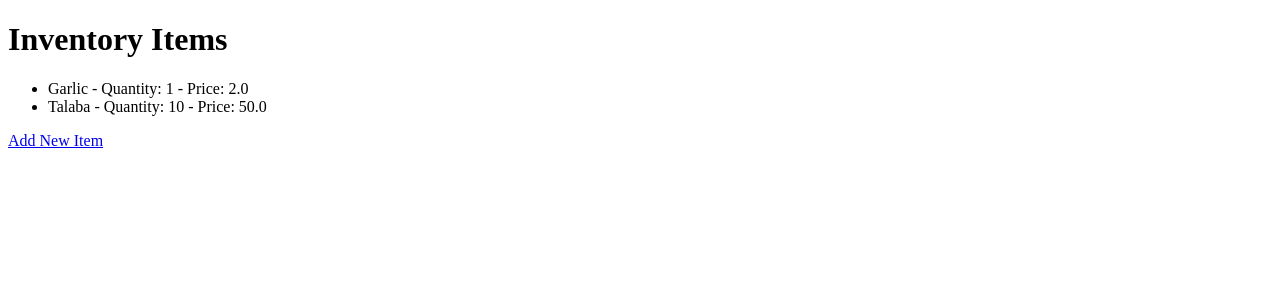
Repository: Stoldark/PLMUN
Page: http://localhost/
An editor plug-in stored every save of this project. The page is shown before and after the next save, followed by the edit.
The browser window is 1280 px wide. The pictures show the whole page.
The page is served by the project's application, run on Flask 3 (tempCodeRunnerFile.py). The user the application loads for id 1 is signed in. The page reads the database file committed with the project.

Above is the page before, as saved 2024-09-22 16:23:17.

### templates/index.html
<!DOCTYPE html>
<html lang="en">
<head>
    <meta charset="UTF-8">
    <meta name="viewport" content="width=device-width, initial-scale=1.0">
    <title>Inventory List</title>
</head>
<body>
    <h1>Inventory Items</h1>

    <ul>
    {% for item in items %}
        <li>{{ item.name }} - Quantity: {{ item.quantity }} - Price: {{ item.price }}</li>
    {% endfor %}
    </ul>

    <p><a href="{{ url_for('add_item') }}">Add New Item</a></p>
</body>
</html>

### tempCodeRunnerFile.py
from flask import Flask, render_template, request, redirect, session, url_for, flash, jsonify
from flask_wtf import FlaskForm
from wtforms import StringField, PasswordField, SubmitField
from wtforms.validators import DataRequired, Length
from flask_bcrypt import Bcrypt
from flask_login import LoginManager, UserMixin, login_user, logout_user, login_required, current_user
import sqlite3
import os

# Initialize Flask app
app = Flask(__name__)

# Set the secret key for session management
app.config['SECRET_KEY'] = 'your_secret_key'  # Change this to a secure key

# Initialize extensions
bcrypt = Bcrypt(app)
login_manager = LoginManager(app)
login_manager.login_view = 'login'

# Database connection function
def get_db_connection():
    conn = sqlite3.connect('inventory.db')
    conn.row_factory = sqlite3.Row
    return conn

# User model for Flask-Login
class User(UserMixin):
    def __init__(self, id, username, role):
        self.id = id
        self.username = username
        self.role = role

# User loader for Flask-Login
@login_manager.user_loader
def load_user(user_id):
    conn = get_db_connection()
    user = conn.execute('SELECT * FROM users WHERE id = ?', (user_id,)).fetchone()
    conn.close()
    if user:
        return User(user['id'], user['username'], user['role'])
    return None

# Registration form
class RegistrationForm(FlaskForm):
    username = StringField('Username', validators=[DataRequired(), Length(min=4, max=25)])
    password = PasswordField('Password', validators=[DataRequired(), Length(min=6, max=35)])
    role = StringField('Role', validators=[DataRequired()])
    submit = SubmitField('Register')

# Login form
class LoginForm(FlaskForm):
    username = StringField('Username', validators=[DataRequired()])
    password = PasswordField('Password', validators=[DataRequired()])
    submit = SubmitField('Login')

# Route to show inventory items
@app.route('/')
@login_required
def index():
    conn = get_db_connection()
    items = conn.execute('SELECT * FROM items').fetchall()
    conn.close()
    return render_template('index.html', items=items)

# Route to add an item
@app.route('/add', methods=('GET', 'POST'))
@login_required
def add_item():
    if request.method == 'POST':
        name = request.form['name']
        quantity = request.form['quantity']
        price = request.form['price']

        conn = get_db_connection()
        conn.execute('INSERT INTO items (name, quantity, price) VALUES (?, ?, ?)',
                     (name, quantity, price))
        conn.commit()
        conn.close()

        return redirect('/')
    return render_template('add.html')

# Route to edit an item
@app.route('/edit/<int:id>', methods=('GET', 'POST'))
@login_required
def edit_item(id):
    conn = get_db_connection()
    item = conn.execute('SELECT * FROM items WHERE id = ?', (id,)).fetchone()

    if request.method == 'POST':
        name = request.form['name']
        quantity = request.form['quantity']
        price = request.form['price']
        conn.execute('UPDATE items SET name = ?, quantity = ?, price = ? WHERE id = ?',
                     (name, quantity, price, id))
        conn.commit()
        conn.close()
        return redirect('/')

    conn.close()
    return render_template('edit.html', item=item)

# Route to delete an item
@app.route('/delete/<int:id>', methods=['POST'])
@login_required
def delete_item(id):
    conn = get_db_connection()
    conn.execute('DELETE FROM items WHERE id = ?', (id,))
    conn.commit()
    conn.close()
    return redirect('/')

# Registration route
@app.route('/register', methods=['GET', 'POST'])
def register():
    form = RegistrationForm()
    if form.validate_on_submit():
        username = form.username.data
        password = bcrypt.generate_password_hash(form.password.data).decode('utf-8')
        role = form.role.data

        conn = get_db_connection()
        conn.execute('INSERT INTO users (username, password, role) VALUES (?, ?, ?)',
                     (username, password, role))
        conn.commit()
        conn.close()

        flash('Registration successful! You can now log in.')
        return redirect(url_for('login'))
    return render_template('register.html', form=form)

# Login route
@app.route('/login', methods=['GET', 'POST'])
def login():
    form = LoginForm()
    if form.validate_on_submit():
        username = form.username.data
        password = form.password.data

        conn = get_db_connection()
        user = conn.execute('SELECT * FROM users WHERE username = ?', (username,)).fetchone()
        conn.close()

        if user and bcrypt.check_password_hash(user['password'], password):
            login_user(User(user['id'], user['username'], user['role']))
            return redirect('/')
        else:
            flash('Login Unsuccessful. Please check your username and password', 'danger')

    return render_template('login.html', form=form)

# Logout route
@app.route('/logout')
@login_required
def logout():
    logout_user()
    return redirect(url_for('index'))

# API Endpoint to get inventory items
@app.route('/api/items', methods=['GET'])
@login_required
def api_get_items():
    conn = get_db_connection()
    items = conn.execute('SELECT * FROM items').fetchall()
    conn.close()
    return jsonify([dict(item) for item in items])

# API Endpoint to add an item
@app.route('/api/items', methods=['POST'])
@login_required
def api_add_item():
    data = request.get_json()
    name = data.get('name')
    quantity = data.get('quantity')
    price = data.get('price')

    conn = get_db_connection()
    conn.execute('INSERT INTO items (name, quantity, price) VALUES (?, ?, ?)',
                 (name, quantity, price))
    conn.commit()
    conn.close()

    return jsonify({'message': 'Item added successfully'}), 201

# API Endpoint to update an item
@app.route('/api/items/<int:id>', methods=['PUT'])
@login_required
def api_update_item(id):
    data = request.get_json()
    name = data.get('name')
    quantity = data.get('quantity')
    price = data.get('price')

    conn = get_db_connection()
    conn.execute('UPDATE items SET name = ?, quantity = ?, price = ? WHERE id = ?',
                 (name, quantity, price, id))
    conn.commit()
    conn.close()

    return jsonify({'message': 'Item updated successfully'})

# API Endpoint to delete an item
@app.route('/api/items/<int:id>', methods=['DELETE'])
@login_required
def api_delete_item(id):
    conn = get_db_connection()
    conn.execute('DELETE FROM items WHERE id = ?', (id,))
    conn.commit()
    conn.close()

    return jsonify({'message': 'Item deleted successfully'})

# Run the app
if __name__ == "__main__":
    port = int(os.environ.get("PORT", 10000))  # Use PORT environment variable or default to 10000
    app.run(host="0.0.0.0", port=port, debug=True)

### inventory.db (the tables this page reads, as SQL)
CREATE TABLE items (
        id INTEGER PRIMARY KEY AUTOINCREMENT,
        name TEXT NOT NULL,
        quantity INTEGER NOT NULL,
        price REAL NOT NULL
    );
INSERT INTO "items" VALUES
(11, 'Garlic', 1, 2.0),
(12, 'Talaba', 10, 50.0);

CREATE TABLE users (
        id INTEGER PRIMARY KEY AUTOINCREMENT,
        username TEXT NOT NULL UNIQUE,
        password TEXT NOT NULL,
        role TEXT NOT NULL
    );
INSERT INTO "users" VALUES
(1, 'Stoldark', '$2b$12$i0Mqa5cea8pBbFSinmIz..4VJgBXWnnDkYt3rAqvmVrgWCwBsXl4O', 'Admin'),
(2, 'Eric', '$2b$12$5BeYiRheo2DNLGpAIdDfIu/9jeemr9oTFF9FkywKS857V6zqEPPLe', 'Admin'),
(3, 'Kalbo', '$2b$12$T4oBcnexPmFyclvAoOqXEOpTToENOdoxSlpFfb4sIZypqMPj9xq5a', 'Tester'),
(4, 'Panot', '$2b$12$c2CZ9X/TyyBEVZsK3EdareqkeAU/5fhJbGQMReyKLPc/TcnwLLZCS', 'Tester');

After the next save:
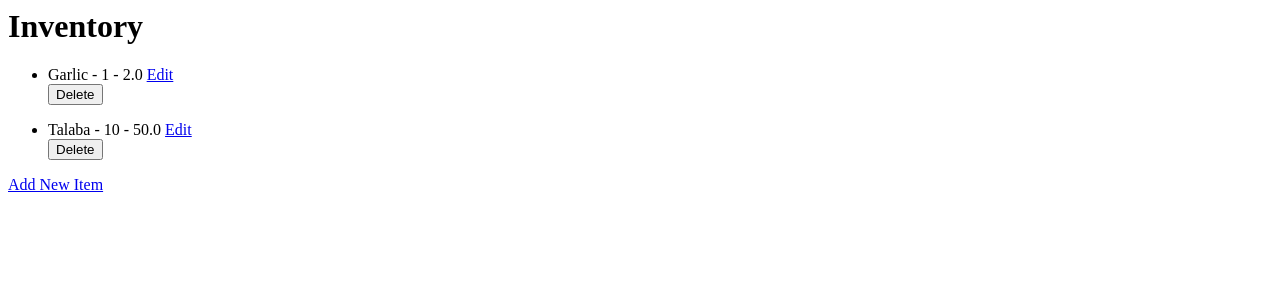
Saved 9 s later.
--- a/templates/index.html
+++ b/templates/index.html
@@ -1,19 +1,14 @@
-<!DOCTYPE html>
-<html lang="en">
-<head>
-    <meta charset="UTF-8">
-    <meta name="viewport" content="width=device-width, initial-scale=1.0">
-    <title>Inventory List</title>
-</head>
-<body>
-    <h1>Inventory Items</h1>
+<h1>Inventory</h1>
 
-    <ul>
+<ul>
     {% for item in items %}
-        <li>{{ item.name }} - Quantity: {{ item.quantity }} - Price: {{ item.price }}</li>
+        <li>{{ item['name'] }} - {{ item['quantity'] }} - {{ item['price'] }}
+            <a href="/edit/{{ item['id'] }}">Edit</a>
+            <form action="/delete/{{ item['id'] }}" method="POST">
+                <button type="submit">Delete</button>
+            </form>
+        </li>
     {% endfor %}
-    </ul>
+</ul>
 
-    <p><a href="{{ url_for('add_item') }}">Add New Item</a></p>
-</body>
-</html>
+<a href="/add">Add New Item</a>
